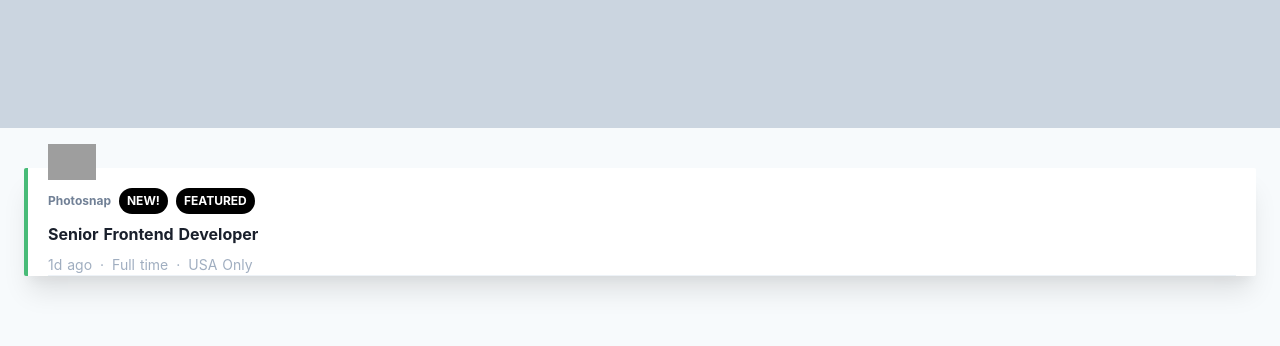
Repository: asongdon/frontendmentor-joblisting
Page: /
An editor plug-in stored every save of this project. The page is shown before and after the next save, followed by the edit.
The browser window is 1280 px wide. The pictures show the whole page.
Pictures or frames that could not be fetched are drawn as grey boxes. The project was rebuilt for these pictures with package versions that can differ from the ones it lists, and the page was loaded fresh each time. The framework's server and built-in components were replaced by stand-ins that run in the browser. Also part of the build but not shown: nuxt.config.js.

Above is the page before, as saved 2020-04-12 20:56:29.

### layouts/default.vue
<template>
  <div class="h-screen">
    <Header/>
    <nuxt />
  </div>
</template>

<script>
import Header from '@/components/Header.vue'

export default {
  components: {
    Header
  },
}
</script>

<style>
html {
  font-family: 'Inter', -apple-system, BlinkMacSystemFont, 'Segoe UI',
    Roboto, 'Helvetica Neue', Arial, sans-serif;
  font-size: 16px;
  word-spacing: 1px;
  -ms-text-size-adjust: 100%;
  -webkit-text-size-adjust: 100%;
  -moz-osx-font-smoothing: grayscale;
  -webkit-font-smoothing: antialiased;
  box-sizing: border-box;
  @apply bg-gray-100;
}

*,
*:before,
*:after {
  box-sizing: border-box;
  margin: 0;
}

.button--green {
  display: inline-block;
  border-radius: 4px;
  border: 1px solid #3b8070;
  color: #3b8070;
  text-decoration: none;
  padding: 10px 30px;
}

.button--green:hover {
  color: #fff;
  background-color: #3b8070;
}

.button--grey {
  display: inline-block;
  border-radius: 4px;
  border: 1px solid #35495e;
  color: #35495e;
  text-decoration: none;
  padding: 10px 30px;
  margin-left: 15px;
}

.button--grey:hover {
  color: #fff;
  background-color: #35495e;
}
</style>

### pages/index.vue
<template>
  <div class="container py-10 px-6">
    <Maincard/>
  </div>
</template>

<script>
import Maincard from '@/components/Maincard'
export default {
  components: {
    Maincard
  }
}
</script>

<style>
/* Sample `apply` at-rules with Tailwind CSS
.container {
  @apply min-h-screen flex justify-center items-center text-center mx-auto;
}
*/

</style>

### components/Header.vue
<template>
  <div class="w-full h-32 bg-gray-400"></div>
</template>

<script>
export default {}
</script>

<style></style>

### components/Maincard.vue
<template>
    <div class="flex flex-col flex-no-wrap rounded-sm px-5 border-l-4 border-green-500 bg-white shadow-xl">

    <div class="-mt-6 mb-2">
      <img class="w-12" src="~/assets/logos/faceit.svg" alt="" />
    </div>

    <div class="flex items-center">
      <div class="text-xs font-bold text-gray-600">Photosnap</div>
      <div class="flex text-xs font-bold">
        <div class="bg-black text-white rounded-full px-2 py-1 uppercase ml-2">
          New!
        </div>
        <div class="bg-black text-white rounded-full px-2 py-1 uppercase ml-2">
          Featured
        </div>
      </div>
    </div>

    <div class="mt-2 font-bold text-gray-900">
      Senior Frontend Developer
    </div>

    <div class="flex text-sm mt-2 text-gray-500 border-b border-gray-200">
      <div class="mr-2">1d ago</div>
      <div class="mr-2">·</div>
      <div class="mr-2">Full time</div>
      <div class="mr-2">·</div>
      <div>USA Only</div>
    </div>

  </div>
</template>

<script>
export default {}
</script>

<style></style>

Loaded but not shown: assets/css/tailwind.css (common file); tailwind.config.js (common file); store/filter.js (no copy from this time; the picture is the same without it); store/index.js (no copy from this time; the picture is the same without it)

After the next save:
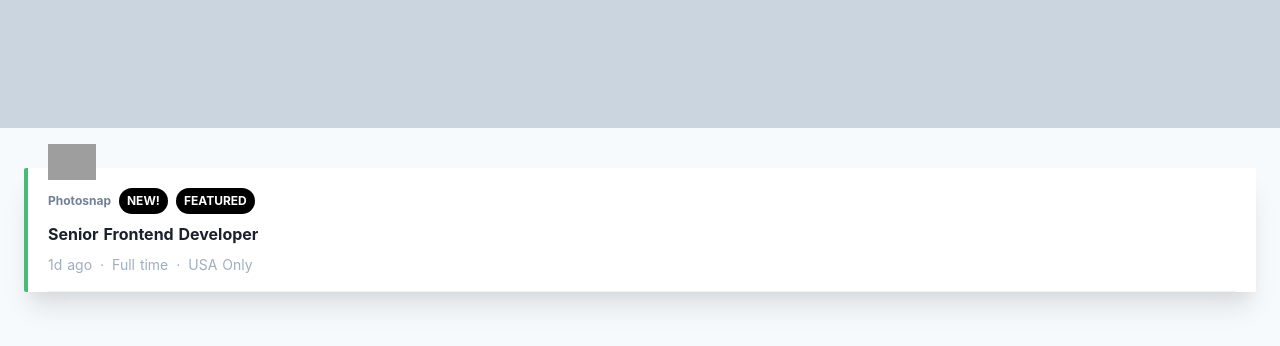
Saved 4 s later.
--- a/components/Maincard.vue
+++ b/components/Maincard.vue
@@ -21,7 +21,7 @@
       Senior Frontend Developer
     </div>
 
-    <div class="flex text-sm mt-2 text-gray-500 border-b border-gray-200">
+    <div class="flex text-sm mt-2 text-gray-500 border-b border-gray-200 pb-4">
       <div class="mr-2">1d ago</div>
       <div class="mr-2">·</div>
       <div class="mr-2">Full time</div>
